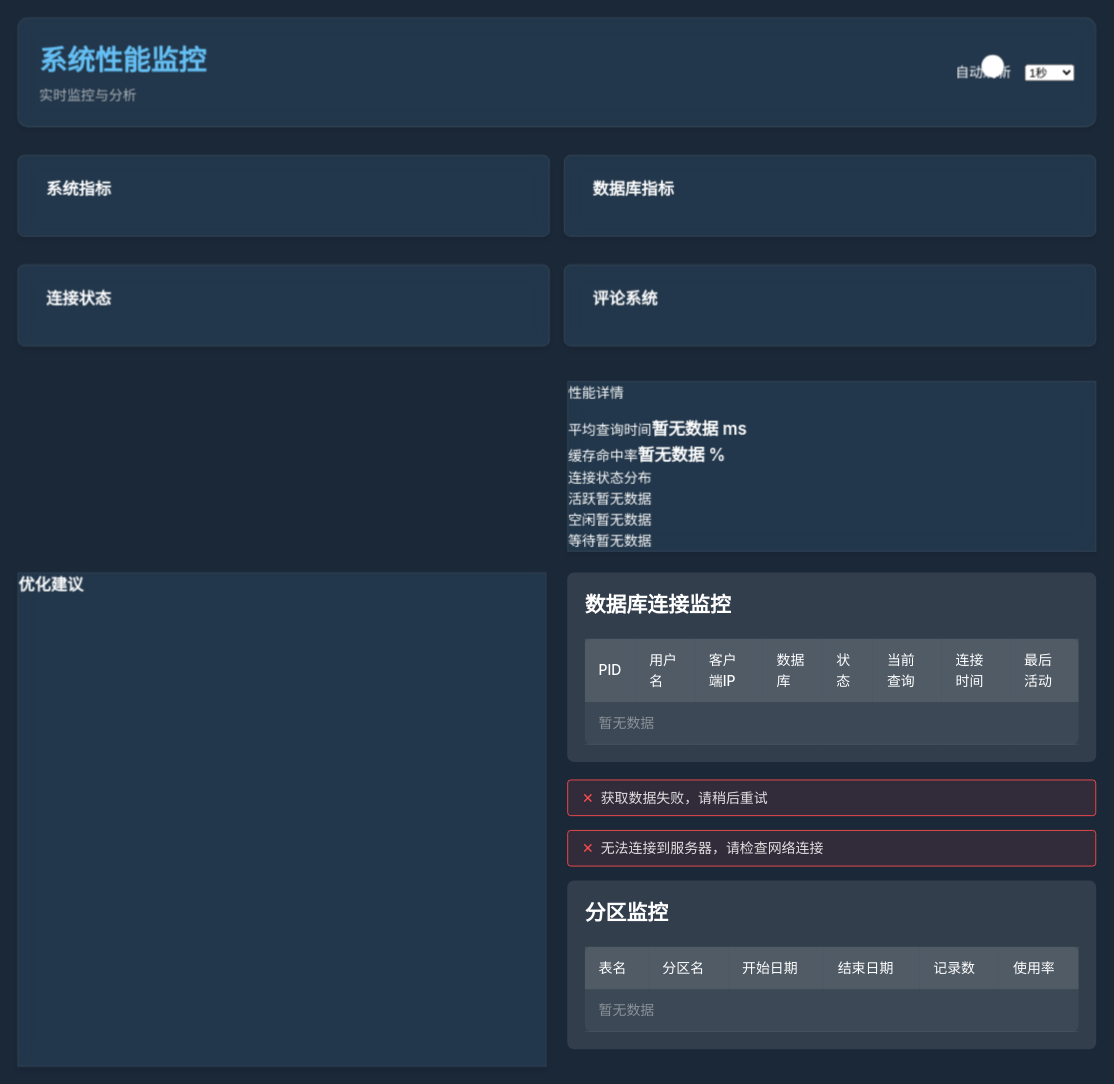
Repository: GiRunn/steam-website
Page: / (app in admin-monitor/frontend/)
These files come from the project's save history. The page is drawn as it stood at one moment and after the next save; the edit follows.
The browser window is 1280 px wide. The pictures show the whole page, at 87% of full size.
The page's requests for data from a server got no answer. The project was rebuilt for these pictures with package versions that can differ from the ones it lists, and the page was loaded fresh each time. No one was signed in, and anything a server would have sent is missing. Also part of the build but not shown: admin-monitor/frontend/src/components/Charts/MetricsChart.tsx, admin-monitor/frontend/src/components/common/Badge/styles.css, admin-monitor/frontend/src/components/common/Badge/index.tsx, admin-monitor/frontend/src/components/common/Card/index.tsx, admin-monitor/frontend/src/components/common/Statistic/styles.css, admin-monitor/frontend/src/components/common/Statistic/index.tsx, admin-monitor/frontend/src/components/common/Chart/styles.css, admin-monitor/frontend/src/components/common/Chart/index.tsx and 5 more.

Above is the page before, as saved 2024-12-20 08:45:44.

### admin-monitor/frontend/public/index.html
<!DOCTYPE html>
<html lang="zh-CN">
  <head>
    <meta charset="utf-8" />
    <link rel="icon" href="%PUBLIC_URL%/favicon.ico" />
    <meta name="viewport" content="width=device-width, initial-scale=1" />
    <meta name="theme-color" content="#000000" />
    <meta
      name="description"
      content="管理员监控系统"
    />
    <title>管理员监控系统</title>
  </head>
  <body>
    <noscript>您需要启用 JavaScript 才能运行此应用。</noscript>
    <div id="root"></div>
  </body>
</html>

### admin-monitor/frontend/src/index.tsx
import React from 'react';
import ReactDOM from 'react-dom/client';
import App from './App';
import './styles/admin-monitor.css';

const root = ReactDOM.createRoot(
  document.getElementById('root') as HTMLElement
);

root.render(
  <React.StrictMode>
    <App />
  </React.StrictMode>
);

### admin-monitor/frontend/src/App.tsx
import React from 'react';
import SystemMonitor from './pages/SystemMonitor';
import ErrorBoundary from './components/ErrorBoundary';
import './styles/admin-monitor.css';
import './styles/forced-colors.css';

function App() {
  return (
    <ErrorBoundary>
      <div className="App">
        <SystemMonitor />
      </div>
    </ErrorBoundary>
  );
}

export default App;

### admin-monitor/frontend/src/styles/admin-monitor.css
@import './variables.css';

/* Reset & Base Styles */
* {
  margin: 0;
  padding: 0;
  box-sizing: border-box;
}

body {
  background: var(--bg-primary);
  color: var(--text-primary);
  font-family: -apple-system, BlinkMacSystemFont, 'Segoe UI', Roboto, Oxygen,
    Ubuntu, Cantarell, 'Open Sans', 'Helvetica Neue', sans-serif;
  line-height: 1.5;
}

/* Layout */
.App {
  min-height: 100vh;
  display: flex;
  flex-direction: column;
}

.container {
  width: 100%;
  max-width: 1200px;
  margin: 0 auto;
  padding: var(--spacing-lg);
}

/* Utility Classes */
.text-center { text-align: center; }
.text-right { text-align: right; }
.text-left { text-align: left; }

.mt-1 { margin-top: var(--spacing-sm); }
.mt-2 { margin-top: var(--spacing-md); }
.mt-3 { margin-top: var(--spacing-lg); }

.mb-1 { margin-bottom: var(--spacing-sm); }
.mb-2 { margin-bottom: var(--spacing-md); }
.mb-3 { margin-bottom: var(--spacing-lg); }

/* Animations */
@keyframes fadeIn {
  from { opacity: 0; }
  to { opacity: 1; }
}

@keyframes slideIn {
  from { transform: translateY(-20px); opacity: 0; }
  to { transform: translateY(0); opacity: 1; }
}

/* Responsive Design */
@media (max-width: 768px) {
  .container {
    padding: var(--spacing-md);
  }
}

.system-monitor {
    padding: 20px;
}

.metrics-container {
    display: flex;
    justify-content: space-between;
}

.system-metrics, .database-metrics {
    width: 48%;
}

### admin-monitor/frontend/src/styles/forced-colors.css
/* 使用新的 forced-colors 媒体查询替代 -ms-high-contrast */
@media (forced-colors: active) {
  /* 基础样式 */
  :root {
    --background-color: Canvas;
    --text-color: CanvasText;
    --border-color: CanvasText;
  }

  /* 表格样式 */
  .table {
    forced-color-adjust: none;
    background-color: Canvas;
    border: 1px solid CanvasText;
  }

  .table th,
  .table td {
    border-color: CanvasText;
  }

  /* 卡片样式 */
  .card {
    forced-color-adjust: none;
    background-color: Canvas;
    border: 1px solid CanvasText;
  }

  /* 图表样式 */
  .chart-wrapper {
    forced-color-adjust: none;
  }

  /* 按钮样式 */
  .button {
    forced-color-adjust: none;
    background-color: ButtonFace;
    color: ButtonText;
    border: 1px solid ButtonText;
  }

  /* 链接样式 */
  a {
    color: LinkText;
  }

  /* 禁用状态 */
  [disabled] {
    color: GrayText;
  }
}

### admin-monitor/frontend/src/styles/variables.css
:root {
  /* Colors */
  --bg-primary: #1b2838;
  --bg-secondary: #2a475e;
  --bg-tertiary: #2e3f4c;
  --bg-hover: rgba(255, 255, 255, 0.05);

  --text-primary: #ffffff;
  --text-secondary: #acb2b8;

  --accent-primary: #66c0f4;
  --success: #a4d007;
  --danger: #ff5555;
  --warning: #ffd700;
  --info: #66c0f4;

  --border-color: rgba(255, 255, 255, 0.1);

  /* Spacing */
  --spacing-xs: 4px;
  --spacing-sm: 8px;
  --spacing-md: 16px;
  --spacing-lg: 24px;
  --spacing-xl: 32px;

  /* Border Radius */
  --radius-sm: 4px;
  --radius-md: 8px;
  --radius-lg: 12px;

  /* Shadows */
  --shadow-sm: 0 2px 4px rgba(0, 0, 0, 0.1);
  --shadow-md: 0 4px 6px rgba(0, 0, 0, 0.1);
  --shadow-lg: 0 8px 16px rgba(0, 0, 0, 0.1);

  /* Gradients */
  --gradient-text: linear-gradient(45deg, var(--accent-primary), #99ccff);

  /* Transitions */
  --transition-fast: 0.2s ease;
  --transition-normal: 0.3s ease;
  --transition-slow: 0.5s ease;
}

/* 全局样式 */
.glass-effect {
  background: rgba(42, 71, 94, 0.5);
  backdrop-filter: blur(10px);
  border: 1px solid rgba(255, 255, 255, 0.1);
}

### admin-monitor/frontend/src/components/Monitoring/index.ts
// 创建监控组件的索引文件
export { default as ConnectionMonitor } from './ConnectionMonitor';
export { default as ReviewSystemMonitor } from './ReviewSystemMonitor';
export { default as SecurityMonitor } from './SecurityMonitor';
export { default as PartitionMonitor } from './PartitionMonitor';

### admin-monitor/frontend/src/components/Monitoring/ConnectionMonitor/index.tsx
import React, { useState, useEffect } from 'react';
import { motion } from 'framer-motion';
import { Table, Badge } from '../../common';
import './styles.css';

interface Connection {
  pid: number;
  username: string;
  client_ip: string;
  database: string;
  state: string;
  query: string;
  connected_at: string;
  last_activity: string;
}

const ConnectionMonitor: React.FC = () => {
  const [connections, setConnections] = useState<Connection[]>([]);

  useEffect(() => {
    // 从后端获取连接数据
    const fetchConnections = async () => {
      try {
        const response = await fetch('http://localhost:8877/connections/details');
        const data = await response.json();
        setConnections(data);
      } catch (error) {
        console.error('获取连接数据失败:', error);
      }
    };

    fetchConnections();
    const interval = setInterval(fetchConnections, 5000);
    return () => clearInterval(interval);
  }, []);

  return (
    <motion.div
      className="connection-monitor"
      initial={{ opacity: 0 }}
      animate={{ opacity: 1 }}
    >
      <h2>数据库连接监控</h2>
      <Table
        columns={[
          { title: 'PID', key: 'pid', dataIndex: 'pid' },
          { title: '用户名', key: 'username', dataIndex: 'username' },
          { title: '客户端IP', key: 'client_ip', dataIndex: 'client_ip' },
          { title: '数据库', key: 'database', dataIndex: 'database' },
          {
            title: '状态',
            key: 'state',
            dataIndex: 'state',
            render: (state: string) => (
              <Badge
                status={state === 'active' ? 'success' : 'default'}
                text={state}
              />
            )
          },
          { title: '当前查询', key: 'query', dataIndex: 'query' },
          { title: '连接时间', key: 'connected_at', dataIndex: 'connected_at' },
          { title: '最后活动', key: 'last_activity', dataIndex: 'last_activity' }
        ]}
        dataSource={connections}
      />
    </motion.div>
  );
};

export default ConnectionMonitor;

### admin-monitor/frontend/src/components/Monitoring/ReviewSystemMonitor/index.tsx
import React, { useState, useEffect } from 'react';
import { motion } from 'framer-motion';
import { Card, Statistic, Chart, Icon, Alert } from '../../common';
import './styles.css';

interface ReviewStats {
  total_reviews: number;
  reviews_today: number;
  active_reviews: number;
  deleted_reviews: number;
  average_rating: number;
  total_replies: number;
  review_distribution: {
    date: string;
    count: number;
  }[];
}

const ReviewSystemMonitor: React.FC = () => {
  const [stats, setStats] = useState<ReviewStats | null>(null);
  const [loading, setLoading] = useState(true);
  const [error, setError] = useState<string | null>(null);

  useEffect(() => {
    const fetchStats = async () => {
      try {
        setLoading(true);
        setError(null);
        const response = await fetch(`${process.env.REACT_APP_API_URL}/review-system/stats`);
        if (!response.ok) {
          throw new Error(`HTTP error! status: ${response.status}`);
        }
        const data = await response.json();
        setStats(data);
      } catch (error) {
        console.error('获取评论统计失败:', error);
        setError('获取数据失败，请稍后重试');
      } finally {
        setLoading(false);
      }
    };

    fetchStats();
    const interval = setInterval(fetchStats, 30000);
    return () => clearInterval(interval);
  }, []);

  if (loading) return <div>加载中...</div>;
  if (error) return <Alert type="error" message={error} />;
  if (!stats) return null;

  return (
    <motion.div
      className="review-system-monitor"
      initial={{ opacity: 0 }}
      animate={{ opacity: 1 }}
    >
      <h2>评论系统监控</h2>

      <div className="stats-grid">
        <Card>
          <Statistic
            title="总评论数"
            value={stats.total_reviews}
            prefix={<Icon type="comment" />}
          />
        </Card>

        <Card>
          <Statistic
            title="今日评论"
            value={stats.reviews_today}
            prefix={<Icon type="rise" />}
          />
        </Card>

        <Card>
          <Statistic
            title="平均评分"
            value={stats.average_rating}
            precision={1}
            prefix={<Icon type="star" />}
          />
        </Card>
      </div>

      <div className="chart-section">
        <Chart
          data={stats.review_distribution}
          xField="date"
          yField="count"
          title="评论趋势"
          type="line"
          height={400}
          color="#1890ff"
        />
      </div>
    </motion.div>
  );
};

export default ReviewSystemMonitor;

### admin-monitor/frontend/src/components/Monitoring/PartitionMonitor/index.tsx
import React, { useState, useEffect } from 'react';
import { motion } from 'framer-motion';
import { Table, Progress } from '../../common';
import './styles.css';

interface Partition {
  table_name: string;
  partition_name: string;
  start_date: string;
  end_date: string;
  row_count: number;
  size_bytes: number;
  usage_percent: number;
}

const PartitionMonitor: React.FC = () => {
  const [partitions, setPartitions] = useState<Partition[]>([]);

  useEffect(() => {
    const fetchPartitions = async () => {
      try {
        const response = await fetch('http://localhost:8877/partitions/status');
        const data = await response.json();
        setPartitions(data);
      } catch (error) {
        console.error('获取分区状态失败:', error);
      }
    };

    fetchPartitions();
    const interval = setInterval(fetchPartitions, 60000);
    return () => clearInterval(interval);
  }, []);

  return (
    <motion.div
      className="partition-monitor"
      initial={{ opacity: 0 }}
      animate={{ opacity: 1 }}
    >
      <h2>分区监控</h2>

      <Table
        columns={[
          { title: '表名', key: 'table_name', dataIndex: 'table_name' },
          { title: '分区名', key: 'partition_name', dataIndex: 'partition_name' },
          { title: '开始日期', key: 'start_date', dataIndex: 'start_date' },
          { title: '结束日期', key: 'end_date', dataIndex: 'end_date' },
          { title: '记录数', key: 'row_count', dataIndex: 'row_count' },
          {
            title: '使用率',
            key: 'usage_percent',
            dataIndex: 'usage_percent',
            render: (percent: number) => (
              <Progress
                percent={percent}
                status={
                  percent > 90 ? 'exception' :
                  percent > 70 ? 'warning' : 'normal'
                }
              />
            )
          }
        ]}
        dataSource={partitions}
      />
    </motion.div>
  );
};

export default PartitionMonitor;

### admin-monitor/frontend/src/components/common/index.ts
import Table from './Table/index';
import Badge from './Badge/index';
import Alert from './Alert/index';
import Card from './Card/index';
import Statistic from './Statistic/index';
import Chart from './Chart/index';
import Progress from './Progress/index';
import Icon from './Icon/index';

export {
  Table,
  Badge,
  Alert,
  Card,
  Statistic,
  Chart,
  Progress,
  Icon
};

### admin-monitor/frontend/src/components/Monitoring/ConnectionMonitor/styles.css
.connection-monitor {
  padding: 20px;
  background: rgba(255, 255, 255, 0.1);
  border-radius: 8px;
  margin-bottom: 20px;
}

.connection-monitor h2 {
  margin-bottom: 20px;
  color: #fff;
}

### admin-monitor/frontend/src/components/Monitoring/PartitionMonitor/styles.css
.partition-monitor {
  padding: 20px;
  background: rgba(255, 255, 255, 0.1);
  border-radius: 8px;
  margin-bottom: 20px;
}

.partition-monitor h2 {
  margin-bottom: 20px;
  color: #fff;
}

### admin-monitor/frontend/src/components/common/Table/index.tsx
import React from 'react';
import './styles.css';

interface TableProps {
  columns: Array<{
    title: string;
    dataIndex: string;
    key: string;
    render?: (text: any, record: any) => React.ReactNode;
  }>;
  dataSource: Array<any>;
  loading?: boolean;
}

const Table: React.FC<TableProps> = ({ columns, dataSource = [], loading }) => {
  if (loading) {
    return (
      <div className="table-loading" role="status" aria-live="polite">
        加载中...
      </div>
    );
  }

  const data = Array.isArray(dataSource) ? dataSource : [];

  return (
    <div className="table-wrapper">
      <table className="table" role="grid">
        <thead>
          <tr role="row">
            {columns.map(column => (
              <th key={column.key} role="columnheader" scope="col">
                {column.title}
              </th>
            ))}
          </tr>
        </thead>
        <tbody>
          {data.length === 0 ? (
            <tr role="row">
              <td
                colSpan={columns.length}
                className="table-empty"
                role="cell"
                aria-label="暂无数据"
              >
                暂无数据
              </td>
            </tr>
          ) : (
            data.map((record, index) => (
              <tr key={record.key || index} role="row">
                {columns.map(column => (
                  <td key={column.key} role="cell">
                    {column.render
                      ? column.render(record[column.dataIndex], record)
                      : record[column.dataIndex]}
                  </td>
                ))}
              </tr>
            ))
          )}
        </tbody>
      </table>
    </div>
  );
};

export default Table;

### admin-monitor/frontend/src/components/common/Alert/index.tsx
import React from 'react';
import { Icon } from '..';
import './styles.css';

interface AlertProps {
  type: 'success' | 'warning' | 'error' | 'info';
  message: string;
  showIcon?: boolean;
  closable?: boolean;
  onClose?: () => void;
}

const Alert: React.FC<AlertProps> = ({
  type,
  message,
  showIcon = true,
  closable = false,
  onClose
}) => {
  return (
    <div className={`alert alert-${type}`}>
      {showIcon && <Icon type={type} className="alert-icon" />}
      <span className="alert-message">{message}</span>
      {closable && (
        <Icon
          type="close"
          className="alert-close"
          onClick={onClose}
        />
      )}
    </div>
  );
};

export default Alert;

### admin-monitor/frontend/src/components/common/Icon/index.tsx
import React from 'react';
import './styles.css';

interface IconProps {
  type: string;
  className?: string;
  spin?: boolean;
  size?: 'small' | 'default' | 'large';
  onClick?: () => void;
}

const Icon: React.FC<IconProps> = ({
  type,
  className = '',
  spin = false,
  size = 'default',
  onClick
}) => {
  const classes = [
    'icon',
    `icon-${type}`,
    `icon-size-${size}`,
    spin && 'icon-spin',
    className
  ].filter(Boolean).join(' ');

  return (
    <span
      className={classes}
      onClick={onClick}
      role={onClick ? 'button' : undefined}
      tabIndex={onClick ? 0 : undefined}
    />
  );
};

export default Icon;

### admin-monitor/frontend/src/components/common/Table/styles.css
.table-wrapper {
  width: 100%;
  overflow-x: auto;
}

.table {
  width: 100%;
  border-collapse: collapse;
  background: rgba(255, 255, 255, 0.05);
  border-radius: 8px;
}

.table th,
.table td {
  padding: 12px 16px;
  text-align: left;
  border-bottom: 1px solid rgba(255, 255, 255, 0.1);
}

.table th {
  background: rgba(255, 255, 255, 0.1);
  font-weight: 500;
  color: #fff;
}

.table tr:hover {
  background: rgba(255, 255, 255, 0.05);
}

.table-loading {
  padding: 24px;
  text-align: center;
  color: rgba(255, 255, 255, 0.6);
}

.table-empty {
  text-align: center;
  color: rgba(255, 255, 255, 0.4);
  padding: 32px;
}

/* 响应式设计 */
@media screen and (max-width: 768px) {
  .table-wrapper {
    margin: 0 -16px;
  }

  .table th,
  .table td {
    padding: 8px 12px;
  }
}

### admin-monitor/frontend/src/components/common/Alert/styles.css
.alert {
  display: flex;
  align-items: center;
  padding: 8px 16px;
  border-radius: 4px;
  margin-bottom: 16px;
  position: relative;
}

.alert-success {
  background: rgba(82, 196, 26, 0.1);
  border: 1px solid #52c41a;
}

.alert-warning {
  background: rgba(250, 173, 20, 0.1);
  border: 1px solid #faad14;
}

.alert-error {
  background: rgba(255, 77, 79, 0.1);
  border: 1px solid #ff4d4f;
}

.alert-info {
  background: rgba(24, 144, 255, 0.1);
  border: 1px solid #1890ff;
}

.alert-icon {
  margin-right: 8px;
}

.alert-message {
  flex: 1;
  color: rgba(255, 255, 255, 0.85);
}

.alert-close {
  cursor: pointer;
  padding: 4px;
  margin-left: 8px;
}

.alert-close:hover {
  opacity: 0.8;
}

### admin-monitor/frontend/src/components/common/Card/styles.css
.card {
  background: rgba(255, 255, 255, 0.05);
  border-radius: 8px;
  padding: 16px;
  margin-bottom: 16px;
  box-shadow: 0 2px 8px rgba(0, 0, 0, 0.1);
}

.card-title {
  font-size: 16px;
  font-weight: 500;
  color: #fff;
  margin-bottom: 16px;
}

.card-content {
  color: rgba(255, 255, 255, 0.8);
}

### admin-monitor/frontend/src/components/common/Icon/styles.css
.icon {
  display: inline-block;
  font-style: normal;
  line-height: 0;
  text-align: center;
  text-transform: none;
  vertical-align: -0.125em;
  text-rendering: optimizeLegibility;
}

.icon-size-small {
  font-size: 14px;
}

.icon-size-default {
  font-size: 16px;
}

.icon-size-large {
  font-size: 20px;
}

.icon-spin {
  animation: icon-spin 1s infinite linear;
}

@keyframes icon-spin {
  from {
    transform: rotate(0deg);
  }
  to {
    transform: rotate(360deg);
  }
}

/* 图标类型 */
.icon-success::before {
  content: "✓";
  color: #52c41a;
}

.icon-error::before {
  content: "✕";
  color: #ff4d4f;
}

.icon-warning::before {
  content: "⚠";
  color: #faad14;
}

.icon-info::before {
  content: "ℹ";
  color: #1890ff;
}

Loaded but not shown: admin-monitor/frontend/src/pages/SystemMonitor.tsx (522 lines, source omitted); admin-monitor/frontend/src/pages/SystemMonitor.css (453 lines, source omitted); admin-monitor/frontend/src/services/monitorService.ts (291 lines, source omitted); admin-monitor/frontend/src/components/Monitoring/SecurityMonitor/index.tsx (137 lines, source omitted)

After the next save:
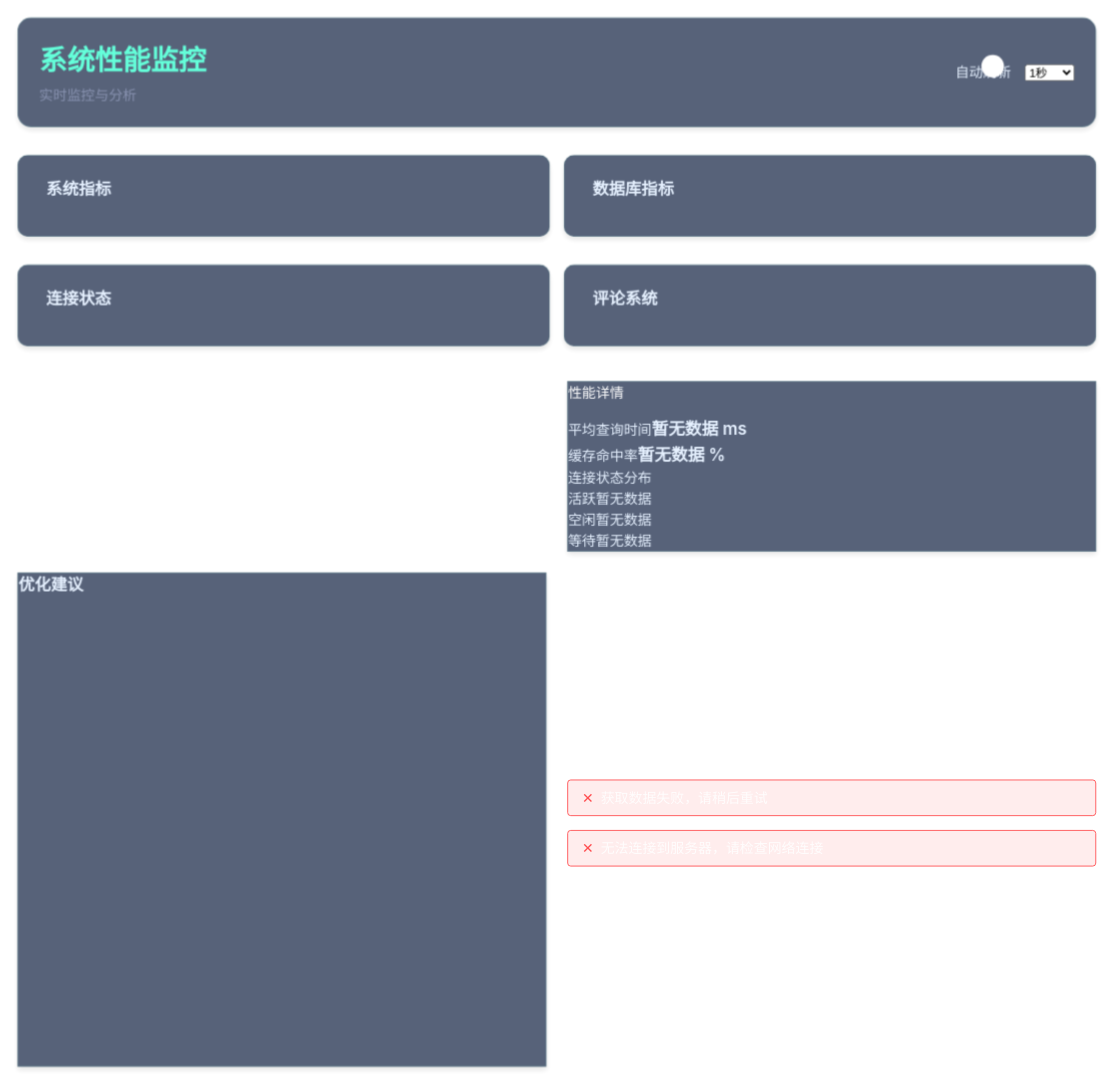
Saved 2 s later.
--- a/admin-monitor/frontend/src/styles/variables.css
+++ b/admin-monitor/frontend/src/styles/variables.css
@@ -1,50 +1,7 @@
+/* 全局变量 */
 :root {
-  /* Colors */
-  --bg-primary: #1b2838;
-  --bg-secondary: #2a475e;
-  --bg-tertiary: #2e3f4c;
-  --bg-hover: rgba(255, 255, 255, 0.05);
-
-  --text-primary: #ffffff;
-  --text-secondary: #acb2b8;
-
-  --accent-primary: #66c0f4;
-  --success: #a4d007;
-  --danger: #ff5555;
-  --warning: #ffd700;
-  --info: #66c0f4;
-
-  --border-color: rgba(255, 255, 255, 0.1);
-
-  /* Spacing */
-  --spacing-xs: 4px;
-  --spacing-sm: 8px;
-  --spacing-md: 16px;
-  --spacing-lg: 24px;
-  --spacing-xl: 32px;
-
-  /* Border Radius */
-  --radius-sm: 4px;
-  --radius-md: 8px;
-  --radius-lg: 12px;
-
-  /* Shadows */
-  --shadow-sm: 0 2px 4px rgba(0, 0, 0, 0.1);
-  --shadow-md: 0 4px 6px rgba(0, 0, 0, 0.1);
-  --shadow-lg: 0 8px 16px rgba(0, 0, 0, 0.1);
-
-  /* Gradients */
-  --gradient-text: linear-gradient(45deg, var(--accent-primary), #99ccff);
-
-  /* Transitions */
-  --transition-fast: 0.2s ease;
-  --transition-normal: 0.3s ease;
-  --transition-slow: 0.5s ease;
+  --primary-color: #1890ff;
+  --success-color: #52c41a;
+  --warning-color: #faad14;
+  --error-color: #ff4d4f;
 }
-
-/* 全局样式 */
-.glass-effect {
-  background: rgba(42, 71, 94, 0.5);
-  backdrop-filter: blur(10px);
-  border: 1px solid rgba(255, 255, 255, 0.1);
-}
